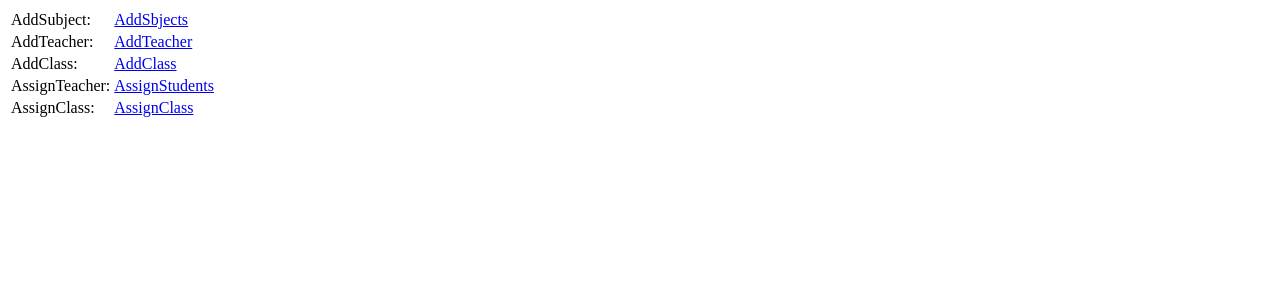
Repository: revanthkumar-paka/LearnersApp
Page: http://localhost/LearnersApp/Home.jsp
An editor plug-in stored every save of this project. The page is shown before and after the next save, followed by the edit.
The browser window is 1280 px wide. The pictures show the whole page.
The page is served by Tomcat 9. Other server files are loaded and not shown.

Above is the page before, as saved 2022-04-25 06:59:33.

### LearnersApp/src/main/webapp/Home.jsp
<%@ page language="java" contentType="text/html; charset=ISO-8859-1"
    pageEncoding="ISO-8859-1"%>
<!DOCTYPE html>
<html>
<head>
<meta charset="ISO-8859-1">
<title>Insert title here</title>
</head>
<body>
<form >
<table>
<tr>
<td>AddSubject:</td>
<td><a href="MySubjects.jsp">AddSbjects</a></td>
</tr>
<tr>
<td>AddTeacher:</td>
<td><a href="teacher.jsp">AddTeacher</a></td>
</tr>
<tr>
<td>AddClass:</td>
<td><a href="class.jsp">AddClass</a></td>
</tr>
<tr>
<td>AssignTeacher:</td>
<td><a href="assign_teacher.jsp">AssignStudents</a></td>
</tr>
<tr>
<td>AssignClass:</td>
<td><a href="assign_class.jsp">AssignClass</a></td>
</tr>
</table>
</form>
</body>
</html>

After the next save:
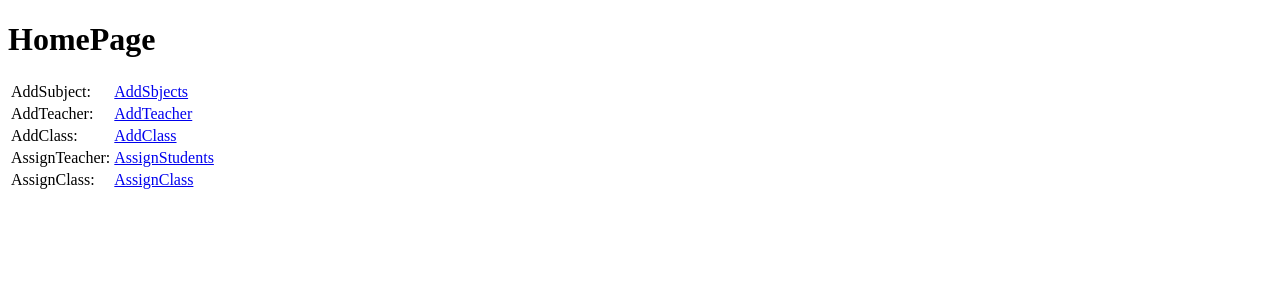
Saved 67 s later.
--- a/LearnersApp/src/main/webapp/Home.jsp
+++ b/LearnersApp/src/main/webapp/Home.jsp
@@ -7,6 +7,7 @@
 <title>Insert title here</title>
 </head>
 <body>
+<h1>HomePage</h1>
 <form >
 <table>
 <tr>
